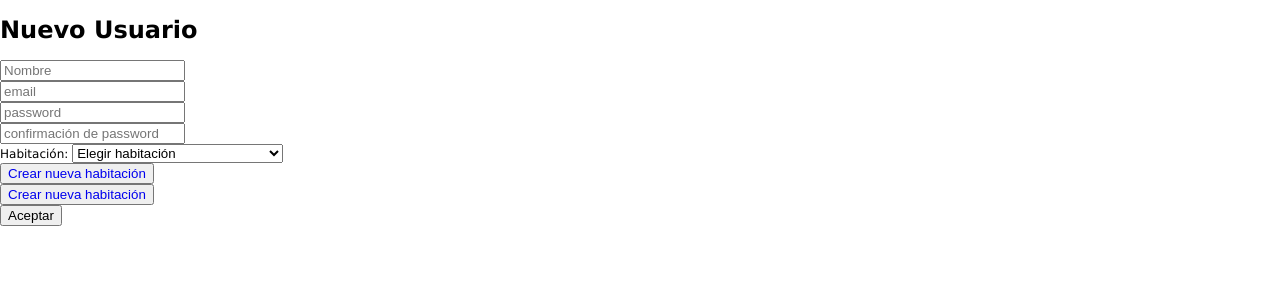
Repository: anagut/java-web
Page: http://localhost/HelloLogin/nuevousuario
The author's editor kept a copy of each file at every save. The page is drawn from the files as they stood at one save, then again after the next save.
The browser window is 1280 px wide. The pictures show the whole page.
The page is served by Tomcat 9. Other server files are loaded and not shown.

Above is the page before, as saved 2018-11-16 10:42:44.
Console error: TypeError: Cannot set properties of null (setting 'onclick')

### HelloLogin/WebContent/nuevousuario.jsp
<%@ taglib uri="http://java.sun.com/jsp/jstl/core" prefix="c" %>

<%@ page language="java" contentType="text/html; charset=UTF-8"
    pageEncoding="UTF-8"%>
<!DOCTYPE html>
<html>
<head>
<meta charset="UTF-8">
<title>Nuevo Usuario</title>
<link rel="stylesheet" href="./css/style.css"></link>

</head>
<body>
	<h1>Nuevo Usuario</h1>
	<div class="error">${error}</div>
	<form action="" method="POST">
	<div>
	<input type="text" placeholder="Nombre" name="nombre" id="nombre" value="${newusuario.name}" required/>
	</div>
	<div>
	<input type="email" placeholder="email" name="email" id="email" value="${newusuario.email}" required/>
	</div>
	<div>
	<input type="password" placeholder="password" name="password" id="password"/>
	</div>
	<div>
	<input type="password" placeholder="confirmación de password" name="passwordconf" id="passwordconf"/>
	</div>
		<div>
		<label for="habitacion">Habitación:</label>
		<select name="habitacion" id="habitacion">
<!-- 		Aquí irán las habitaciones -->
			<option selected disabled>Elegir habitación</option>
		<c:forEach var="unaHabitacion" items="${lasHabitaciones}">
			<option value="${unaHabitacion.hid}">${unaHabitacion.calle}, ${unaHabitacion.num} (${unaHabitacion.ciudad})</option>
   		</c:forEach>
		</select>
		<div><button id="habBtn"><a href="./nuevahabitacion">Crear nueva habitación</a></button></div>
		<div><button id="habBtn"><a href="./nuevahabitacion">Crear nueva habitación</a></button></div>
	</div>

	<div><button>Aceptar</button></div>
	</form>


</body>

<script src="./js/script.js"></script>
</html>

### HelloLogin/src/com/ana/controllers/NuevoUsuarioServlet.java
package com.ana.controllers;

import java.io.IOException;
import java.util.ArrayList;

import javax.servlet.ServletException;
import javax.servlet.annotation.WebServlet;
import javax.servlet.http.HttpServlet;
import javax.servlet.http.HttpServletRequest;
import javax.servlet.http.HttpServletResponse;

import com.ana.database.BBDD;
import com.ana.models.Habitacion;
import com.ana.models.Usuario;

/**
 * Servlet implementation class NuevosUsuariosServlet
 */
@WebServlet("/nuevousuario")
public class NuevoUsuarioServlet extends HttpServlet {
	private static final long serialVersionUID = 1L;

    /**
     * @see HttpServlet#HttpServlet()
     */
    public NuevoUsuarioServlet() {
        super();
        // TODO Auto-generated constructor stub
    }

	/**
	 * @see HttpServlet#doGet(HttpServletRequest request, HttpServletResponse response)
	 */
	protected void doGet(HttpServletRequest request, HttpServletResponse response) throws ServletException, IOException {

		ArrayList<Habitacion> habitaciones = BBDD.getInstance().habitaciones;

		request.setAttribute("lasHabitaciones", habitaciones);

		request.getRequestDispatcher("./nuevousuario.jsp").forward(request, response);

	}
	protected void doPost(HttpServletRequest request, HttpServletResponse response) throws ServletException, IOException {

		String nombrerecibido = request.getParameter("nombre");
		String emailrecibido = request.getParameter("email");
		String passwordrecibido = request.getParameter("password");
		String passwordconfrecibido = request.getParameter("passwordconf");
		String habitacionrecibida = request.getParameter("habitacion");

		int habitrecibidaId = Integer.parseInt(habitacionrecibida);

		System.out.println("Nombre:"+nombrerecibido);
		System.out.println("Email:"+emailrecibido);
		System.out.println("Password:"+passwordrecibido);
		System.out.println("Password:"+passwordconfrecibido);


//		if (emailrecibido!=null && !emailrecibido.equals("") && emailrecibido.indexOf("@")>0) {
//			//continuar e introducir al usuario en bbdd
//		}else {
//			request.setAttribute("error", "Datos incorrectos");
//			request.setAttribute("emailrec", emailrecibido);
//			this.doGet(request, response);
//		}

		Usuario nuevoUser = new Usuario(0, nombrerecibido, emailrecibido, passwordrecibido, BBDD.getInstance().getHabitacionById(habitrecibidaId));

		if (nuevoUser.esValido(passwordconfrecibido)) {
			//continuar e introducir al usuario en bbdd
			BBDD db = BBDD.getInstance();
			db.insertUsuario(nuevoUser);

			response.sendRedirect("listausuarios");

		}else {
			request.setAttribute("error", "Datos incorrectos");
			request.setAttribute("newusuario", nuevoUser);
			this.doGet(request, response);

		}
	}

}

### HelloLogin/src/com/ana/database/BBDD.java
package com.ana.database;

import java.util.ArrayList;

import com.ana.models.Habitacion;
import com.ana.models.Usuario;

public class BBDD {

	private static BBDD instance=null;

	public ArrayList<Usuario> usuarios = new ArrayList<Usuario>();

	public ArrayList<Habitacion> habitaciones = new ArrayList<Habitacion>();

	public static final BBDD getInstance() {
		if(instance==null) instance = new BBDD();
		return instance;
	}

	private BBDD() {
		this.fillUsuarios();
		this.fillHabitaciones();
		this.relacionarUserHab();
	}

	private boolean fillUsuarios() {
		usuarios.add(new Usuario (1, "Pepe", "p@p.es", "ppp", null));
		usuarios.add(new Usuario (2, "Luisa", "l@l.es", "lll", null));
		usuarios.add(new Usuario (3, "Mordor", "m@m.es", "mmm", null));

		return true;
	}



	private boolean fillHabitaciones() {
		habitaciones.add(new Habitacion (101, "Calle Marqués", 23, "Madrid"));
		habitaciones.add(new Habitacion (102, "Calle Pantomima", 57, "Albacete"));
		habitaciones.add(new Habitacion (103, "Calle Pijo", 12, "Murcia"));

		return true;
	}

	private boolean relacionarUserHab() {
		usuarios.get(0).setHabitacion(habitaciones.get(2));
		usuarios.get(1).setHabitacion(habitaciones.get(1));
		usuarios.get(2).setHabitacion(habitaciones.get(0));

		return true;
	}


	//Método que en función de la id me devuelve un objeto usuario concreto
	//Si no encuentra devuelve un null

	public Usuario getUsuarioById(int id) {
		Usuario usuarioADevolver = null;

		//Iteramos por cada usuario y comparamos su id con el que nos indican
		for (Usuario unUsuario: usuarios) {
			if(unUsuario.getId()==id) {
				usuarioADevolver = unUsuario;
				break;	//cuando encuentra el id, sale del bucle
			}
		}
		return usuarioADevolver;
	}

	public Habitacion getHabitacionById(int hid) {
		Habitacion habitacionADevolver = null;

		for (Habitacion unaHab: habitaciones) {
			if(unaHab.getHid()==hid) {
				habitacionADevolver = unaHab;
				break;
			}
		}
		return habitacionADevolver;
	}

	public boolean existeUsuarioPorEmailyPass(String emailrecibido, String passwordrecibido) {
		boolean existeUsuario = false;
//		for (*tipo de variable (objeto)* *variable* : *array sobre el que se busca*)
		for (Usuario unUsuario : usuarios) {
			if (unUsuario.getEmail().equals(emailrecibido) && unUsuario.getPassword().equals(passwordrecibido)) {
				existeUsuario = true;
				break;
			}
		}
		return existeUsuario;
	}

	public int insertUsuario(Usuario newUser) {
		int nuevoId=0;

		nuevoId=this.usuarios.size()+1;	//simulamos que la bd asigna un id consecutivo
		newUser.setId(nuevoId);

		this.usuarios.add(newUser);

		return nuevoId;

	}

	public int insertHabitacion(Habitacion newHab) {
		int nuevoHid=0;

		nuevoHid=this.habitaciones.size()+1;	//simulamos que la bd asigna un id consecutivo
		newHab.setHid(nuevoHid);

		this.habitaciones.add(newHab);

		return nuevoHid;

	}

}

### HelloLogin/src/com/ana/models/Usuario.java
package com.ana.models;

public class Usuario {
	private int id;
	private String name;
	private String email;
	private String password;
	private Habitacion habitacion;


	public Usuario(int id, String name, String email, String password, Habitacion habitacion) {
		super();
		this.id = id;
		this.name = name;
		this.email = email;
		this.password = password;
		this.habitacion = habitacion;
	}


	public String getPassword() {
		return password;
	}


	public void setPassword(String password) {
		this.password = password;
	}


	public int getId() {
		return id;
	}

	public void setId(int id) {
		this.id = id;
	}

	public String getName() {
		return name;
	}

	public void setName(String name) {
		this.name = name;
	}

	public String getEmail() {
		return email;
	}

	public void setEmail(String email) {
		this.email = email;
	}

	public Habitacion getHabitacion() {
		return habitacion;
	}

	public void setHabitacion(Habitacion habitacion) {
		this.habitacion = habitacion;
	}

//valido los campos del usuario sean correctos
	public boolean esValido(String confpassword) {
		boolean esValidx=true;

		if (this.email==null || this.email.equals("") || this.email.indexOf("@")<=0) esValidx = false;

		if (this.name==null || this.name.equals("") || this.name.matches("(.*)?[0-9](.*)?")) esValidx = false;

		if (this.password==null || this.password.equals("")) esValidx = false;

		if (!this.password.equals(confpassword)) esValidx= false;

		return esValidx;
	}





}

### HelloLogin/src/com/ana/models/Habitacion.java
package com.ana.models;

public class Habitacion {
	private int hid;
	private String calle;
	private int num;
	private String ciudad;


	public Habitacion(int hid, String calle, int num, String ciudad) {
		super();
		this.hid = hid;
		this.calle = calle;
		this.num = num;
		this.ciudad = ciudad;
	}


	public int getHid() {
		return hid;
	}


	public void setHid(int hid) {
		this.hid = hid;
	}


	public String getCalle() {
		return calle;
	}


	public void setCalle(String calle) {
		this.calle = calle;
	}


	public int getNum() {
		return num;
	}


	public void setNum(int num) {
		this.num = num;
	}


	public String getCiudad() {
		return ciudad;
	}


	public void setCiudad(String ciudad) {
		this.ciudad = ciudad;
	}

	public boolean esValido() {
		boolean valido = true;
		if (this.calle==null || this.calle.equals("")) valido = false;
		if (this.num < 0) valido = false;
		return valido;
	}


}

### HelloLogin/WebContent/css/style.css
body{
	margin: 0;
	padding: 0;
	font-family: Verdana;
	font-size: 12px;
}

h1{
	font-size: 2em;
}

ul{
	list-style: none;
	margin: 0;
	padding: 0;
}

ul > li > a > div{
	display: inline-block;
	margin: 1em;
}

.error {
	color: red;
}

a {text-decoration: none;}

### HelloLogin/WebContent/js/script.js
console.log("hola")

document.getElementById("habBtn").onclick = function(evnt) {
evnt.preventDefault();
window.location.href("nuevahabitacion");
}

document.getElementById("volverBtn").onclick = function(){
	window.history.back();
}

After the next save:
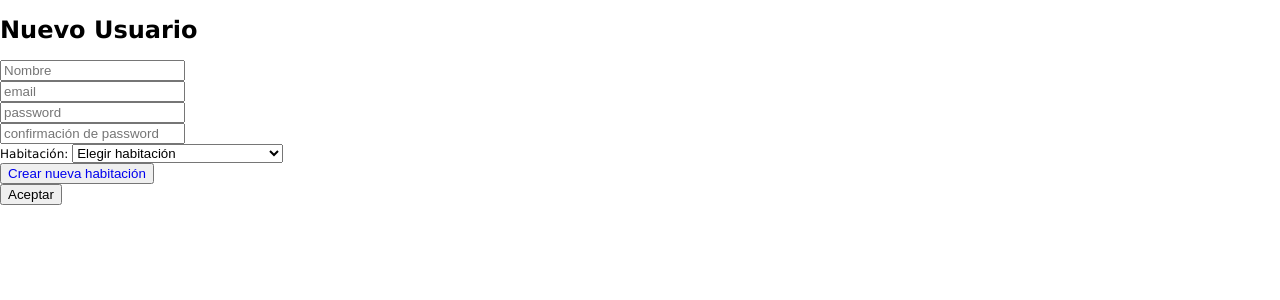
Saved 48 s later.
--- a/HelloLogin/WebContent/nuevousuario.jsp
+++ b/HelloLogin/WebContent/nuevousuario.jsp
@@ -36,7 +36,7 @@
    		</c:forEach>
 		</select>
 		<div><button id="habBtn"><a href="./nuevahabitacion">Crear nueva habitación</a></button></div>
-		<div><button id="habBtn"><a href="./nuevahabitacion">Crear nueva habitación</a></button></div>
+<!-- 		<div><button id="habBtn"><a href="./nuevahabitacion">Crear nueva habitación</a></button></div> -->
 	</div>
 
 	<div><button>Aceptar</button></div>
